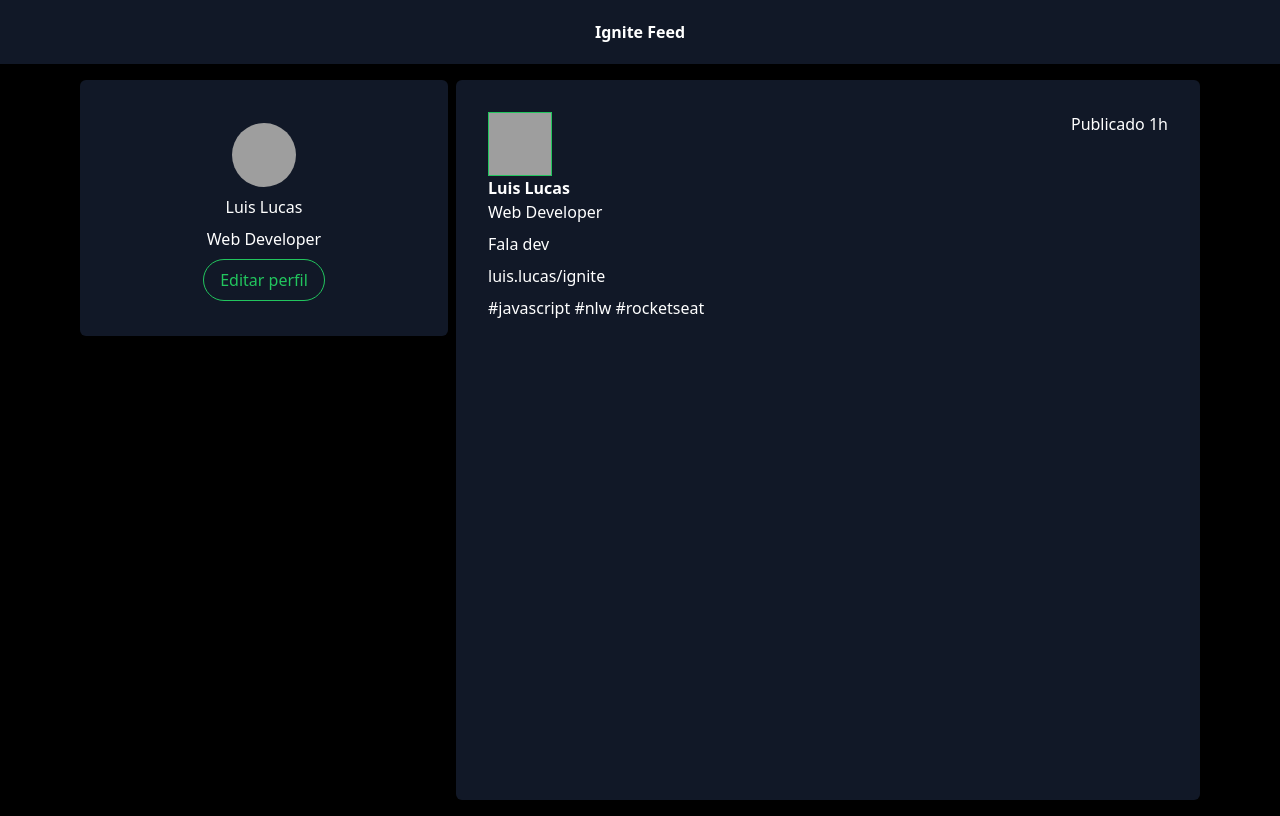
Repository: LuisSempre/ignite-feed
Page: /
The author's editor kept a copy of each file at every save. The page is drawn from the files as they stood at one save, then again after the next save.
The browser window is 1280 px wide. The pictures show the whole page.
Pictures or frames that could not be fetched are drawn as grey boxes. The project was rebuilt for these pictures with package versions that can differ from the ones it lists, and the page was loaded fresh each time. Also part of the build but not shown: vite.config.js.

Above is the page before, as saved 2022-07-13 23:18:05.

### src/App.jsx
import { Header } from "./Components/Header"
import { Sidebar } from "./Components/Sidebar"
import { Post } from "./Components/Post"
function App() {
  return (
    <div>
      <Header />
      <div className="max-w-6xl mx-auto p-4 grid grid-cols-3 gap-2 items-start">
        <Sidebar />
        <div className="col-span-2">
         <Post />
        </div>
      </div>
    </div>
  );
}

export default App;

### src/index.css
@tailwind base;
@tailwind components;
@tailwind utilities;

body {
    @apply bg-black text-white;
}

### src/Components/Header.jsx
export function Header() {
  return (
    <div className="flex items-center justify-center h-16 bg-gray-900 mx-auto w-full">
      <h1 className="font-bold bg-gray-900">Ignite Feed</h1>
    </div>
  )
}

### src/Components/Sidebar.jsx
export function Sidebar() {
  return (
    <div className="rounded-md bg-gray-900 justify-center items-center flex flex-col text-center  h-64 space-y-2">
        <span className=" bg-gradient-r from-green-500 via-blue-500"></span>
        <img
          className="w-16 h-16 rounded-full overflow-hidden object-cover"
          src="https://avatars.githubusercontent.com/u/32404639?v=4"
          alt=""
        />
        <h1>Luis Lucas</h1>
        <span>Web Developer</span>
        <a
          href=""
          className="border border-green-500 px-4 py-2 rounded-full text-green-500"
        >
          Editar perfil
        </a>
    </div>
  );
}

### src/Components/Post.jsx
export function Post() {
  return (
    <div className=" bg-gray-900 rounded-md h-screen space-y-2 p-8">
      <div className="flex justify-between ">
        <div className=" flex flex-col">
          <img
            className="h-16 w-16 border border-green-500"
            src="https://github.com/luissempre.png"
            alt=""
          />
           <div className="flex flex-col">
          <strong>Luis Lucas </strong>
          <span>Web Developer</span>
        </div>
        </div>

        <div>
          <time dataTime="2022-05-11 08:13:00">Publicado 1h</time>
        </div>
      </div>
      <div className="space-y-2">
        <p>Fala dev</p>
        <p>luis.lucas/ignite</p>
        <p>#javascript #nlw #rocketseat</p>
      </div>
    </div>
  );
}

Loaded but not shown: index.html (common file); src/main.jsx (common file); tailwind.config.js (common file)

After the next save:
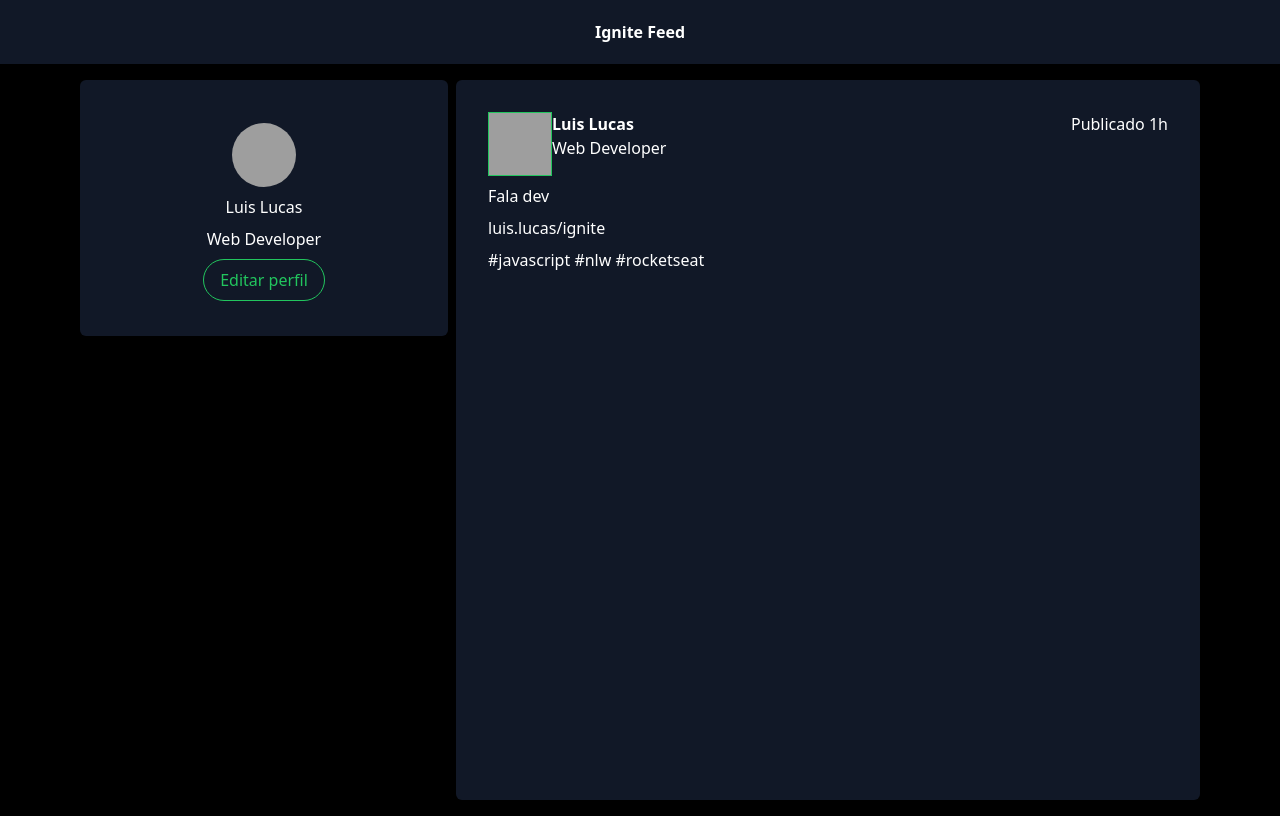
Saved 7 s later.
--- a/src/Components/Post.jsx
+++ b/src/Components/Post.jsx
@@ -2,7 +2,7 @@ export function Post() {
   return (
     <div className=" bg-gray-900 rounded-md h-screen space-y-2 p-8">
       <div className="flex justify-between ">
-        <div className=" flex flex-col">
+        <div className=" flex">
           <img
             className="h-16 w-16 border border-green-500"
             src="https://github.com/luissempre.png"
